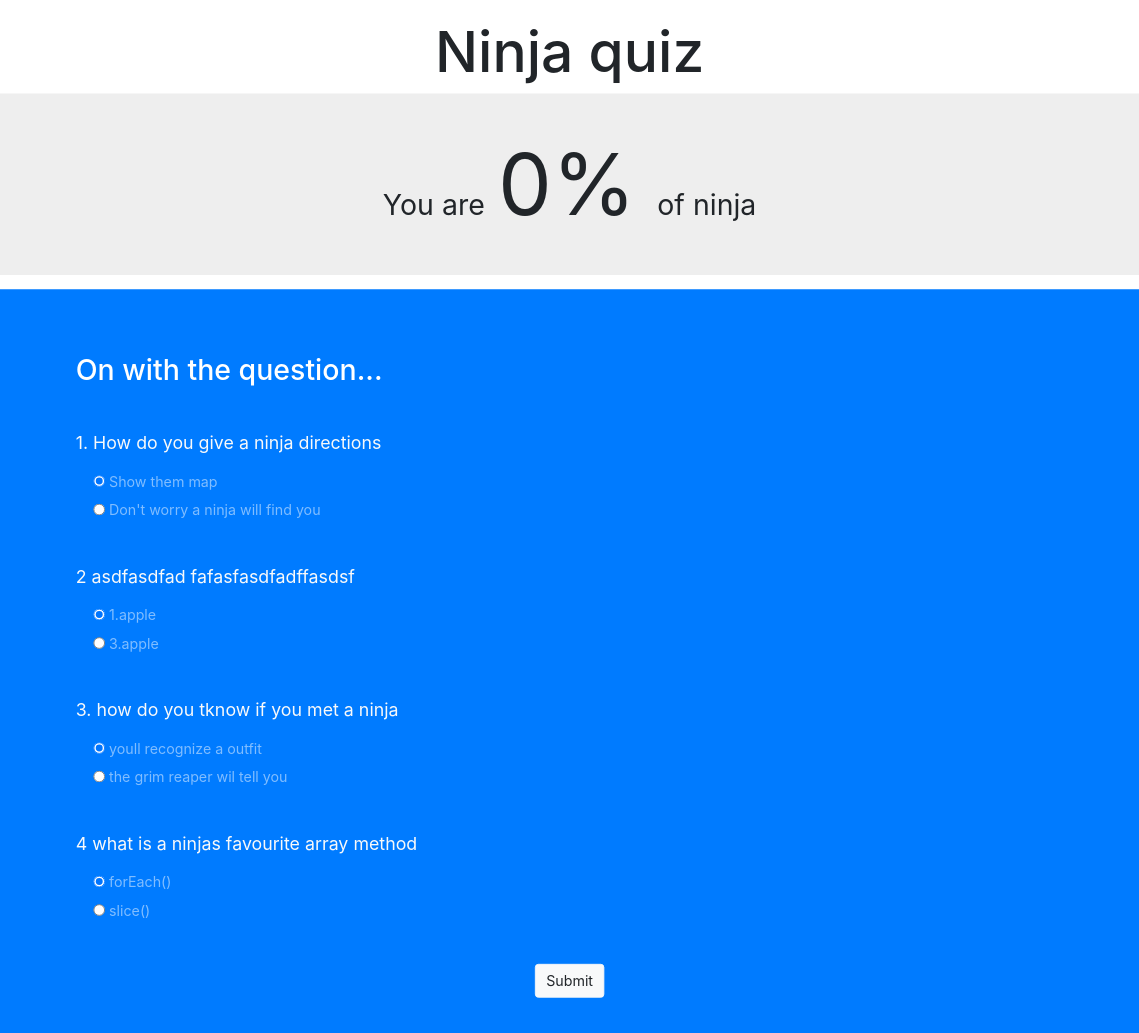
Repository: ajgors/config
Page: Nauka Js/Projekty/Quiz/index.html
An editor plug-in stored every save of this project. The page is shown before and after the next save, followed by the edit.
The browser window is 1280 px wide. The pictures show the whole page, at 89% of full size.

Above is the page before, as saved 2019-08-11 18:18:02.

### Nauka Js/Projekty/Quiz/index.html
<!DOCTYPE html>
<html lang="en">

<head>
    <meta charset="UTF-8">
    <meta name="viewport" content="width=device-width, initial-scale=1.0">
    <meta http-equiv="X-UA-Compatible" content="ie=edge">
    <title>Document</title>
    <link rel="stylesheet" href="https://stackpath.bootstrapcdn.com/bootstrap/4.3.1/css/bootstrap.min.css"
        integrity="sha384-ggOyR0iXCbMQv3Xipma34MD+dH/1fQ784/j6cY/iJTQUOhcWr7x9JvoRxT2MZw1T" crossorigin="anonymous">
        <link rel="stylesheet" href="css.css">
</head>

<body>
    <!-- Header -->
    <!-- <div class="intro py-3 bg-white text-center">
        <div class="container">
            <h2 class="text-primary display-3 my-4">Ninja Quiz</h2>
        </div>
    </div> -->

    <header class="header">
        <h1 class="header__title">Ninja quiz</h1>
    </header>

    <!-- Result -->
    <!-- <div class="result py-4 d-none bg-light text-center">
        <div class="container lead">
            <p>You are <span class="text-primary display-4 p-3">0%</span>Ninja</p>
        </div>
    </div> -->

    <div class="result">
        <p class="result__paragraph">You are<span class="result__span">0%</span> of ninja</p>
    </div>

    <!-- Form -->
    <div class="quiz py-4 bg-primary">
        <div class="container">
            <h2 class="my-5 text-white">On with the question...</h2>
            <form action="" class="quiz-form text-light">
                <div class="my-5">
                    <p class="lead font-weight-normal">1. How do you give a ninja directions</p>
                    <div class="form-check my-2 text-white-50">
                        <input type="radio" name='q1' value='A' checked>
                        <label for="" class="form-check-label">Show them map</label>
                    </div>
                    <div class="form-check my-2 text-white-50">
                        <input type="radio" name='q1' value='B'>
                        <label for="" class="form-check-label">Don't worry a ninja will find you</label>
                    </div>
                </div>
                <div class="my-5">
                    <p class="lead font-weight-normal">2 asdfasdfad fafasfasdfadffasdsf</p>
                    <div class="form-check my-2 text-white-50">
                        <input type="radio" name='q2' value='A' checked>
                        <label for="" class="form-check-label">1.apple</label>
                    </div>
                    <div class="form-check my-2 text-white-50">
                        <input type="radio" name='q2' value='B'>
                        <label for="" class="form-check-label">3.apple</label>
                    </div>
                </div>
                <div class="my-5">
                    <p class="lead font-weight-normal">3. how do you tknow if you met a ninja</p>
                    <div class="form-check my-2 text-white-50">
                        <input type="radio" name='q3' value='A' checked>
                        <label for="" class="form-check-label">youll recognize a outfit</label>
                    </div>
                    <div class="form-check my-2 text-white-50">
                        <input type="radio" name='q3' value='B'>
                        <label for="" class="form-check-label">the grim reaper wil tell you</label>
                    </div>
                </div>
                <div class="my-5">
                    <p class="lead font-weight-normal">4 what is a ninjas favourite array method</p>
                    <div class="form-check my-2 text-white-50">
                        <input type="radio" name='q4' value='A' checked>
                        <label for="" class="form-check-label">forEach()</label>
                    </div>
                    <div class="form-check my-2 text-white-50">
                        <input type="radio" name='q4' value='B'>
                        <label for="" class="form-check-label">slice()</label>
                    </div>
                </div>
                <div class="text-center">
                    <input type="submit" class='btn btn-light'>
                </div>
            </form>
        </div>


        <div class="xd">
            <p class="xd"></p>
        </div>
    </div>

    <script src="js.js"></script>
</body>

</html>

### Nauka Js/Projekty/Quiz/css.css
*{
    margin: 0;
    padding: 0;
}

.header__title{
    text-align: center;
    margin-top:  20px;
    font-size: 4em;
}

.result{
    background-color: #eee;
}
.result__paragraph{
    text-align: center;
    padding: 30px;
    font-size: 2em
}
.result__span{
    font-size: 3em;
    padding: 15px;
}

### Nauka Js/Projekty/Quiz/js.js




const form = document.querySelector('.quiz-form');
const result = document.querySelector('.result');
const correctAnswers = ['B','B','B','B'];
const spanResult = document.querySelector('span');

form.addEventListener('submit', e=>{
    e.preventDefault();

    //check answer
    let score = 0;
    const userAnswers = [form.q1.value, form.q2.value, form.q3.value, form.q4.value];

    userAnswers.forEach((answer, index) =>{
        if(answer === correctAnswers[index]){
            score += 25;
        }
    });

    scrollTo(0,0)
    result.classList.remove('d-none');
    // spanResult.textContent = `${score}%`

    let output = 0;
    const timer = setInterval(()=>{
        spanResult.textContent = `${output}%`
        if(output === score){
            clearInterval(timer);
        } else {
            output++;
        }
    })


})

After the next save:
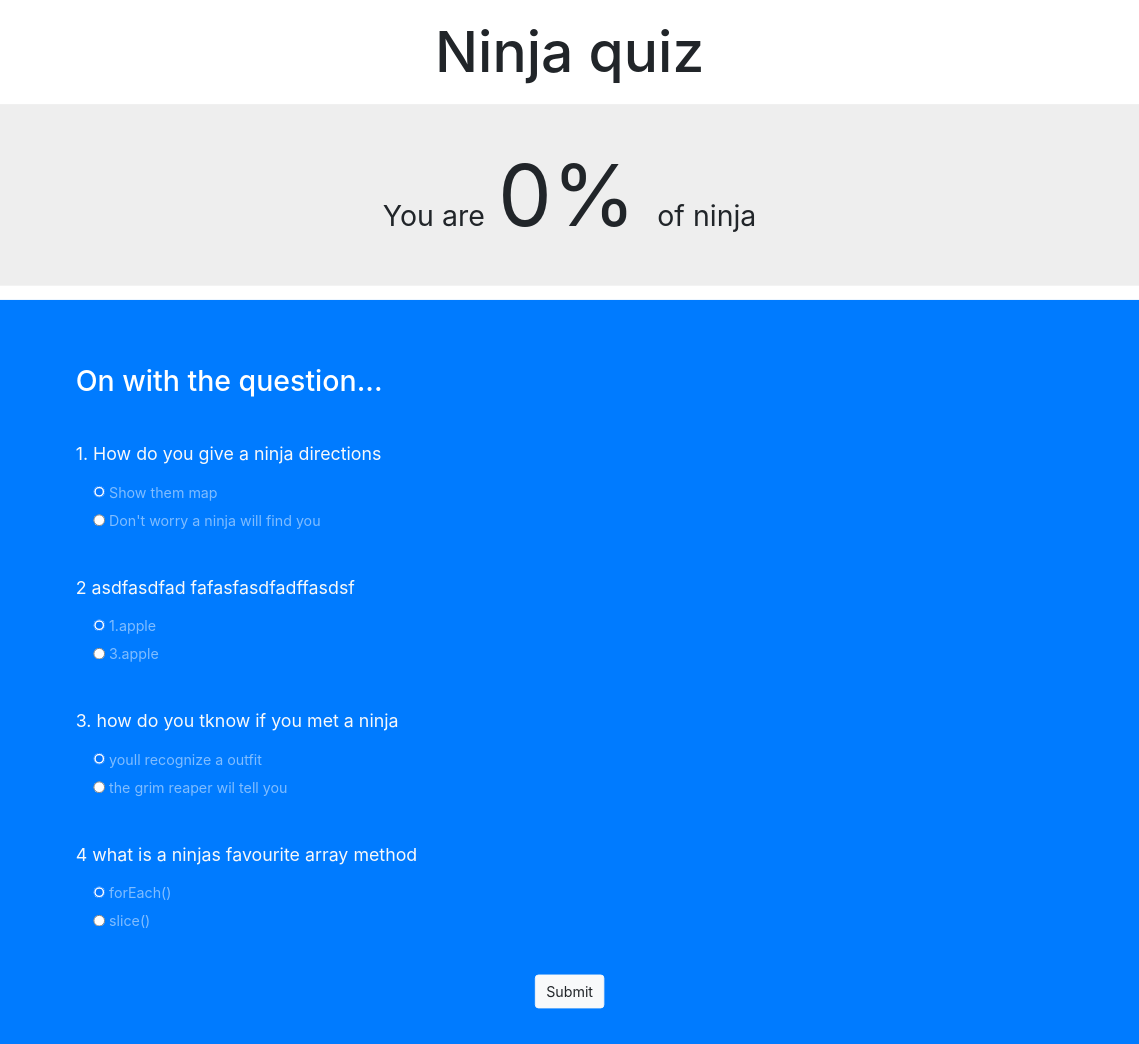
Saved 22 s later.
--- a/Nauka Js/Projekty/Quiz/css.css
+++ b/Nauka Js/Projekty/Quiz/css.css
@@ -5,7 +5,7 @@
 
 .header__title{
     text-align: center;
-    margin-top:  20px;
+    margin:  20px auto;
     font-size: 4em;
 }
 
